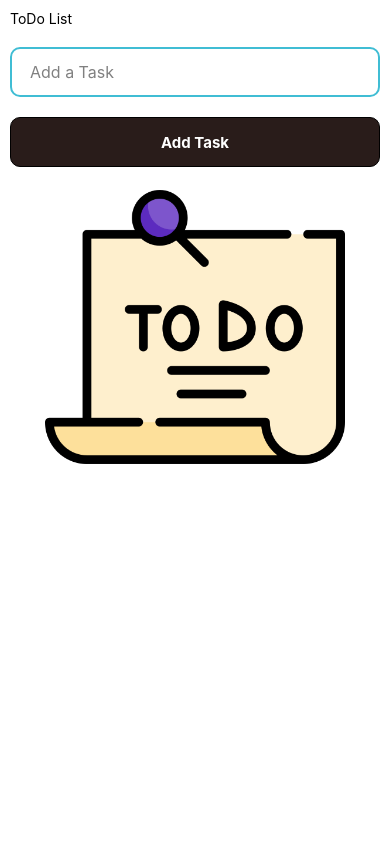
Repository: raisingh22/Projects
Screen: /
An editor plug-in stored every save of this project. The screen is shown before and after a run of saves, followed by the edit.
The app was drawn by React Native's web renderer in a window 390 px wide. The project was rebuilt for these pictures with package versions that can differ from the ones it lists, and the page was loaded fresh each time.

Above is the screen before, as saved 2024-01-22 13:13:59.

After the next 3 saves:
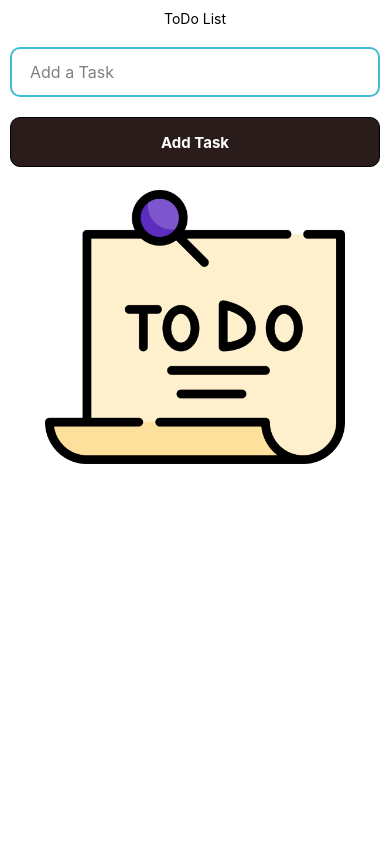
The 3 saves are shown as one change because 1 did not build or start and some came seconds apart.
The last was saved 35 s later.
--- a/src/ToDoList/screens/ToDo.js
+++ b/src/ToDoList/screens/ToDo.js
@@ -39,7 +39,9 @@ const ToDo = () => {
       style={{
         margin: 10,
       }}>
-      <Text>ToDo List</Text>
+      <Text style={{
+        textAlign:'center'
+      }}>ToDo List</Text>
       <TextInput
         placeholder="Add a Task"
         placeholderTextColor={'grey'}
